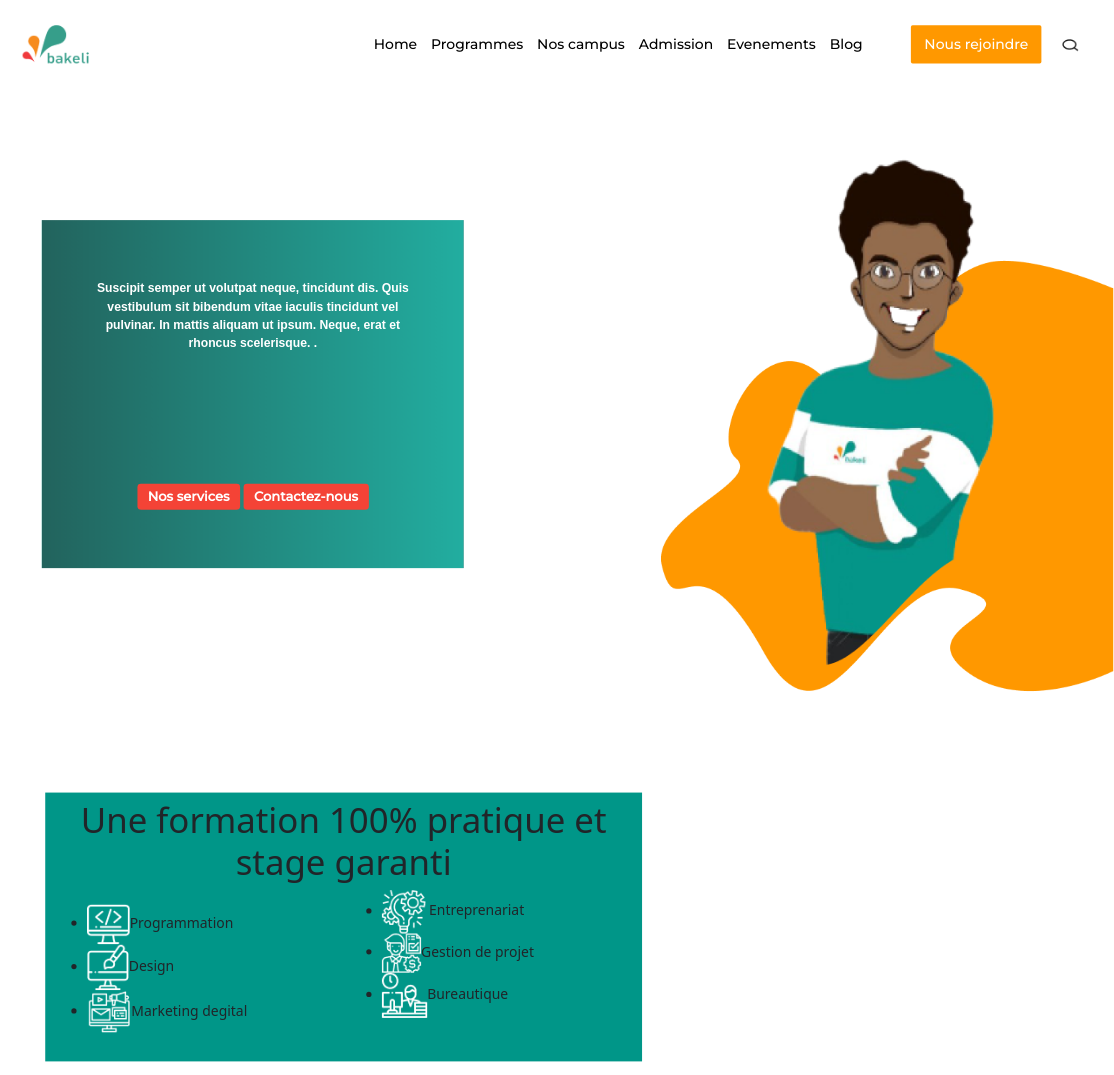
Repository: wadelfadill/tache_6_validation_prototype_bootstrap
Page: index.html
An editor plug-in stored every save of this project. The page is shown before and after the next save, followed by the edit.
The browser window is 1280 px wide. The pictures show the whole page, at 87% of full size.
Some web libraries are served in a nearby version.

Above is the page before, as saved 2023-04-24 20:19:57.

After the next save:
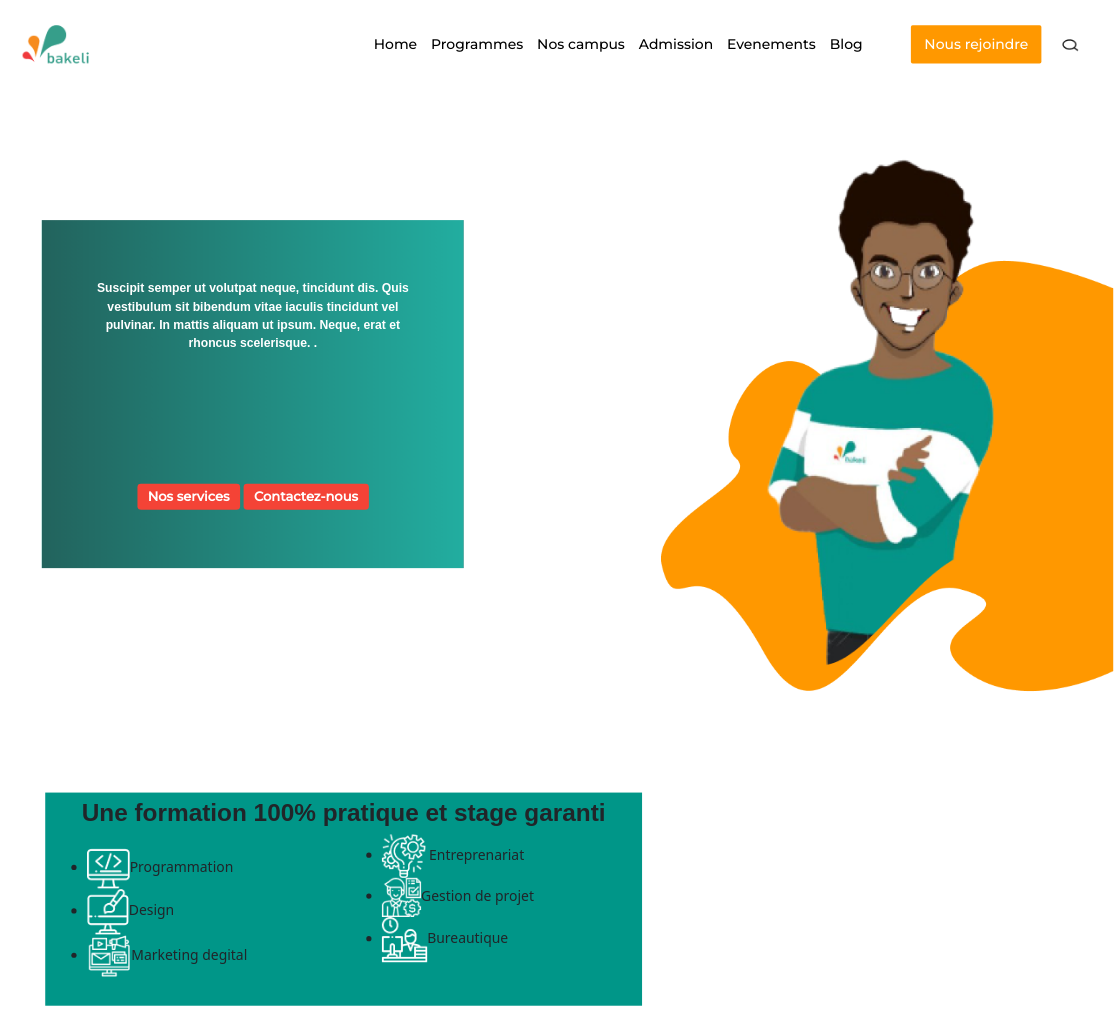
Saved 56 s later.
--- a/style.css
+++ b/style.css
@@ -103,3 +103,12 @@
     background: var(--bg-green);
 
 }
+#formations .formation h1{
+    font-family: Arial;
+    font-size: 28px;
+    font-weight: 700;
+    line-height: 32px;
+    letter-spacing: 0em;
+    text-align: left;
+
+}
